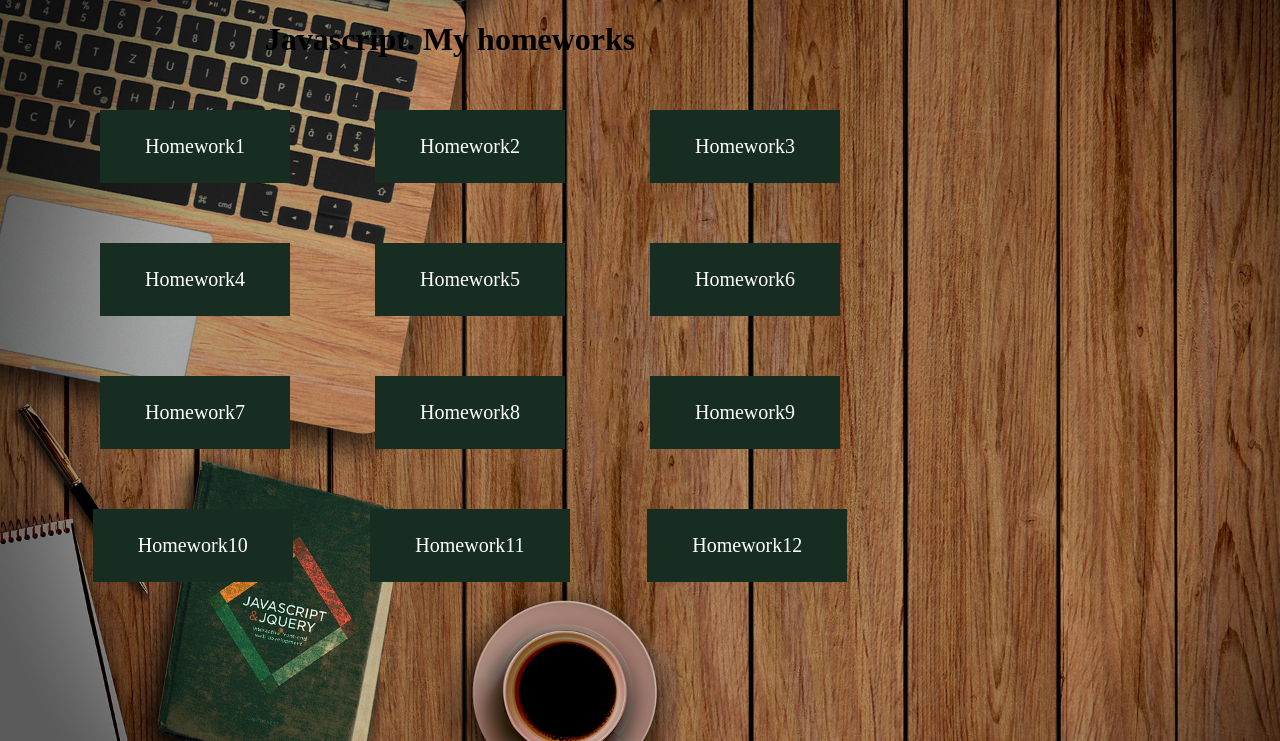
Repository: mariiastetsko/cursor-js-hw
Page: index.html
These files come from the project's save history. The page is drawn as it stood at one moment and after a run of saves; the edit follows.
The browser window is 1280 px wide. The pictures show the whole page.

Above is the page before, as saved 2020-07-22 20:15:17.

### index.html
<!DOCTYPE html>
<html lang="en">
  <head>
    <meta charset="UTF-8" />
    <meta name="viewport" content="width=device-width, initial-scale=1.0" />
    <title>Cursor.JS.Homeworks</title>
    <link rel="stylesheet" href="./style.css" />
  </head>
  <body>
    <div class="homeworks">
    <h1>Javascript. My homeworks</h1>
    <ul class="list">
      <li>
        <a href="./HW1/index.html">Homework1</a>
      </li>
      <li><a href="./HW2/index.html">Homework2 </a></li>
      <li><a href="./HW3/index.html">Homework3</a></li>
      <li><a href="./HW4/index.html">Homework4</a></li>
      <li><a href="./HW5/index.html">Homework5</a></li>
      <li><a href="./HW6/index.html">Homework6</a></li>
      <li><a href="./HW7/index.html">Homework7</a></li>
      <li><a href="./HW8/index.html">Homework8</a></li>
      <li><a href="./HW9/index.html">Homework9</a></li>
      <li><a href="./HW10/index.html">Homework10</a></li>
      <li><a href="./HW11/index.html">Homework11</a></li>
      <li><a href="./HW12/index.html">Homework12</a></li>
    </ul>
  </div>
  </body>
</html>

### style.css
* {
    box-sizing: border-box;
}

body {
    margin: 0 auto;
    padding: 0;
    min-width: 900px;
    min-height: 100vh;
    background-image: url('./background.jpg');
    background-repeat: no-repeat;
    background-size: cover;
}


ul {
    list-style: none;
}

.list {
    display: flex;
    justify-content: space-evenly;
    flex-wrap: wrap;
}

li, a {
    text-decoration: none;
    padding: 25px 10px;
    margin: 30px 25px;
    color: #FFF;
    font-size: 20px;
    background: #172D21 ;
}

.homeworks {
    width: 900px;
    text-align: center;
    position: ;;
}

After the next 5 saves:
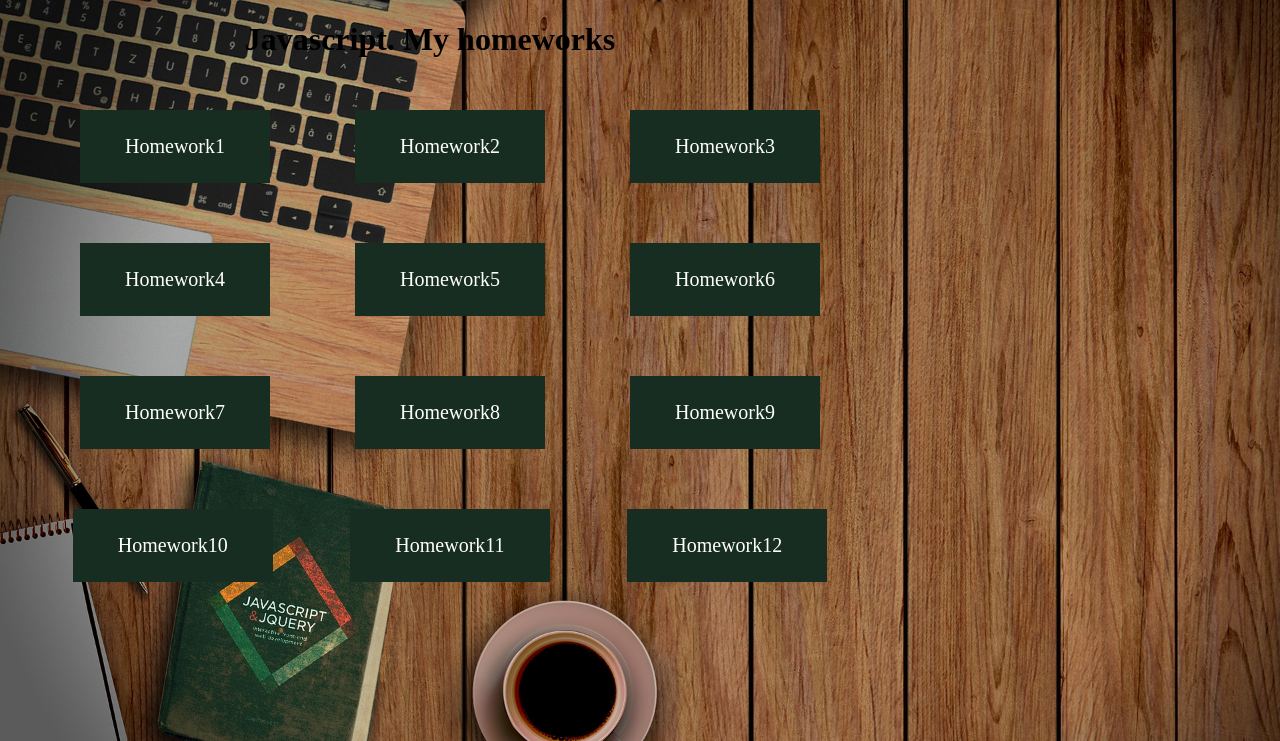
The 5 saves are shown as one change because they came seconds apart.
The last was saved 11 s later.
--- a/style.css
+++ b/style.css
@@ -35,5 +35,6 @@ li, a {
 .homeworks {
     width: 900px;
     text-align: center;
-    position: ;;
+    position: relative;
+    right: 20px;
 }
